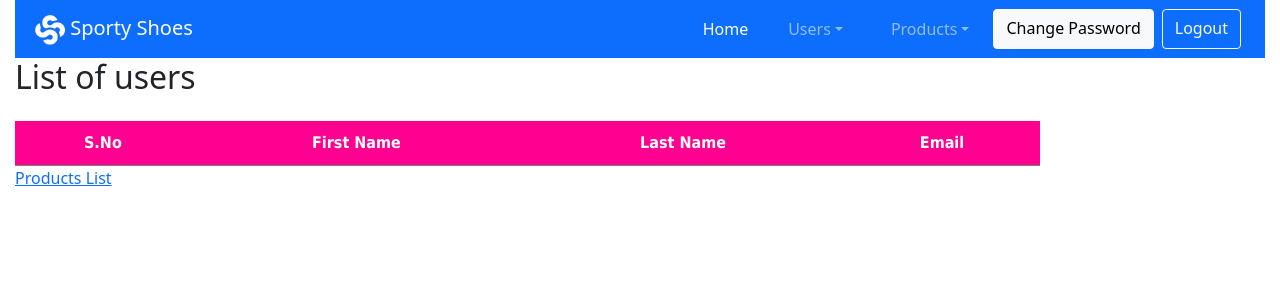
Repository: anuragkr41/FSDPhase3
Page: http://localhost/sporty-shoes/WEB-INF/view/list-users.jsp
The author's editor kept a copy of each file at every save. The page is drawn from the files as they stood at one save, then again after the next save.
The browser window is 1280 px wide. The pictures show the whole page.
The page is served by Tomcat 9. Nobody is signed in. Other server files are loaded and not shown. The template is opened directly, without the code that normally fills it, so the values that code supplies are empty.

Above is the page before, as saved 2021-07-25 17:17:02.

### sporty-shoes/WebContent/WEB-INF/view/list-users.jsp
<%@ page language="java" contentType="text/html; charset=ISO-8859-1"
	pageEncoding="ISO-8859-1"%>
<%@ taglib uri="http://java.sun.com/jsp/jstl/core" prefix="c"%>
<%@ taglib prefix="form" uri="http://www.springframework.org/tags/form" %>

<!DOCTYPE html>
<html>
<head>
<meta charset="ISO-8859-1">
<title>User List</title>
<!-- reference our style sheet  -->
<link type="text/css" rel="stylesheet"
	href="${pageContext.request.contextPath}/resources/css/style.css" />

	<!-- Bootstrap CSS -->
    <link href="https://cdn.jsdelivr.net/npm/bootstrap@5.0.1/dist/css/bootstrap.min.css" rel="stylesheet" integrity="sha384-+0n0xVW2eSR5OomGNYDnhzAbDsOXxcvSN1TPprVMTNDbiYZCxYbOOl7+AMvyTG2x" crossorigin="anonymous">

</head>
<body>

<!-- Optional JavaScript; choose one of the two! -->
<!-- Option 1: Bootstrap Bundle with Popper -->
<script src="https://cdn.jsdelivr.net/npm/bootstrap@5.0.1/dist/js/bootstrap.bundle.min.js"
  integrity="sha384-gtEjrD/SeCtmISkJkNUaaKMoLD0//ElJ19smozuHV6z3Iehds+3Ulb9Bn9Plx0x4"
  crossorigin="anonymous"></script>

  <%@include file="admin-menu.jsp"%>


	<div id="wrapper">
		<div id="content">
			<h2>List of users</h2>
		</div>
	</div>


	<!-- add our html table here -->

	<div id=container>
		<div id=content>
			<table>
				<tr>
					<th>S.No</th>
					<th>First Name</th>
					<th>Last Name</th>
					<th>Email</th>
				</tr>
				<%
				int sno = 1;
				%>
				<!-- loop over and print out customers  -->
				<c:forEach var="tempUser" items="${users}">
					<tr>
						<td><%=sno++%></td>
						<td>${tempUser.firstName}</td>
						<td>${tempUser.lastName}</td>
						<td>${tempUser.email}</td>
					</tr>

				</c:forEach>
			</table>
		</div>
	</div>

	<a href="/sporty-shoes/product/list">Products List</a>



</body>
</html>

### sporty-shoes/WebContent/WEB-INF/view/admin-menu.jsp
<div class="container.fluid">
      <nav class="navbar navbar-expand-lg navbar-dark bg-primary">

        <a class="navbar-brand" style="padding-left: 1em;" href="<%=request.getContextPath()%>/admin_dashboard.jsp"><img src="<%=request.getContextPath()%>/resources/images/logo-white.png" height="30px" >   Sporty Shoes</a>
        <!-- <button class="navbar-toggler" type="button" data-toggle="collapse" data-target="#navbarsExample03" aria-controls="navbarsExample03" aria-expanded="false" aria-label="Toggle navigation">
            <span class="navbar-toggler-icon"></span>
          </button> -->


          <button class="navbar-toggler" type="button" data-toggle="collapse" data-target="#navbarsExample03" aria-controls="navbarsExample03" aria-expanded="false" aria-label="Toggle navigation">
            <span class="navbar-toggler-icon"></span>
          </button>


        <div class="collapse navbar-collapse" id="PrimaryMenu">
          <ul class="navbar-nav" style="margin-left: auto; padding-right: 1em;">
            <li class="nav-item">
              <a class="nav-link active px-3" aria-current="page" href="">Home</a>
            </li>

            <li class="nav-item dropdown px-3">
              <a class="nav-link dropdown-toggle" href="teachers.jsp" id="dropdown03" data-bs-toggle="dropdown"
                aria-expanded="false">Users</a>
              <ul class="dropdown-menu" aria-labelledby="dropdown03">
                <li><a class="dropdown-item" href="#">View Users</a></li>


              </ul>
            </li>



            <li class="nav-item dropdown mx-3">
              <a class="nav-link dropdown-toggle" href="subjects.jsp" id="dropdown03" data-bs-toggle="dropdown"
                aria-expanded="false">Products</a>
              <ul class="dropdown-menu" aria-labelledby="dropdown03">
                <li><a class="dropdown-item" href="#">View Products</a></li>
                <li><a class="dropdown-item" href="#">Update Products</a></li>
                <li><a class="dropdown-item" href="#">Delete Products</a></li>
              </ul>
            </li>


            <a href = "<%=request.getContextPath()%>/logout" class="btn btn-light me-2">Change Password </a>
            <a href = "<%=request.getContextPath()%>/logout" class="btn btn-outline-light me-2">Logout</a>
          </ul>

        </div>
      </nav>
    </div>

### sporty-shoes/WebContent/resources/css/style.css
html, body{
	margin-left:15px; margin-right:15px;
	padding:0px;
	font-family:Verdana, Arial, Helvetica, sans-serif;
}

table {
	border-collapse:collapse;
	border-bottom:1px solid gray;
	font-family: Tahoma,Verdana,Segoe,sans-serif;
	width:82%;
}

th {
	border-bottom:1px solid gray;
	background:none repeat scroll 0 0 #ff0090;
	padding:10px;
	color: #FFFFFF;
}

tr {
	border-top:1px solid gray;
	text-align:center;
}

tr:nth-child(even) {background: #FFFFFF}
tr:nth-child(odd) {background: #BBBBBB}

#wrapper {width: 100%; margin-top: 0px; }
#header {width: 100%; background: #ff0090; margin-top: 20px; padding:15px 0px 15px 15px;}
#header h2 {width: 100%; margin:auto; color: #FFFFFF;}
#container {width: 100%; margin:auto}
#container h3 {color: #000;}
#container #content {margin-top: 25px;}

.add-button {
	border: 1px solid #666;
	border-radius: 5px;
	padding: 4px;
	font-size: 12px;
	font-weight: bold;
	width: 120px;
	padding: 5px 10px;

	margin-bottom: 15px;
	background: #cccccc;
}

After the next save:
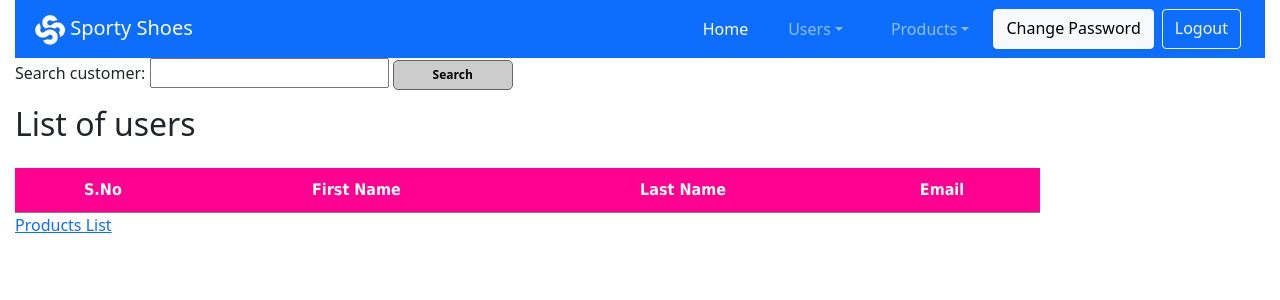
Saved 24 s later.
--- a/sporty-shoes/WebContent/WEB-INF/view/list-users.jsp
+++ b/sporty-shoes/WebContent/WEB-INF/view/list-users.jsp
@@ -29,6 +29,14 @@
 
 	<div id="wrapper">
 		<div id="content">
+		<!--  add a search box -->
+            <form:form action="search" method="GET">
+                Search customer: <input type="text" name="theSearchName" />
+
+                <input type="submit" value="Search" class="add-button" />
+            </form:form>
+
+
 			<h2>List of users</h2>
 		</div>
 	</div>
